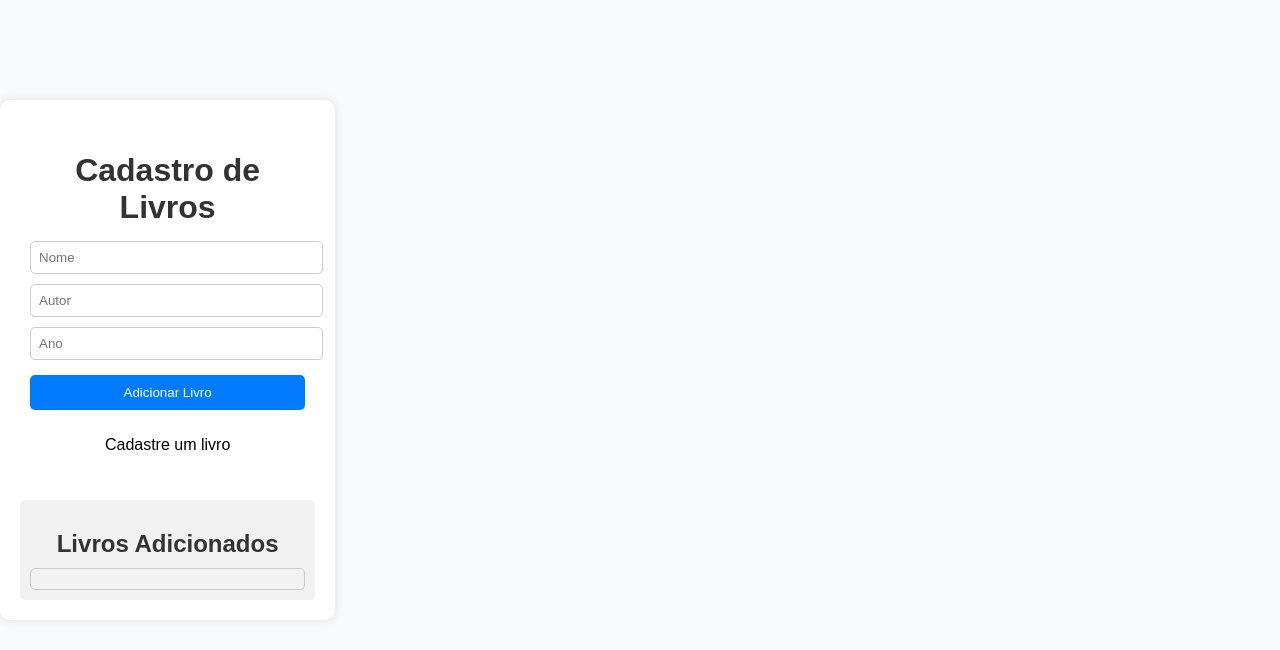
Repository: Matheus904-12/JS-BIN
Page: index.html
These files come from the project's save history. The page is drawn as it stood at one moment and after the next save; the edit follows.
The browser window is 1280 px wide. The pictures show the whole page.

Above is the page before, as saved 2023-08-23 11:18:06.
Console error: TypeError: Cannot read properties of null (reading 'addEventListener')

After the next save:
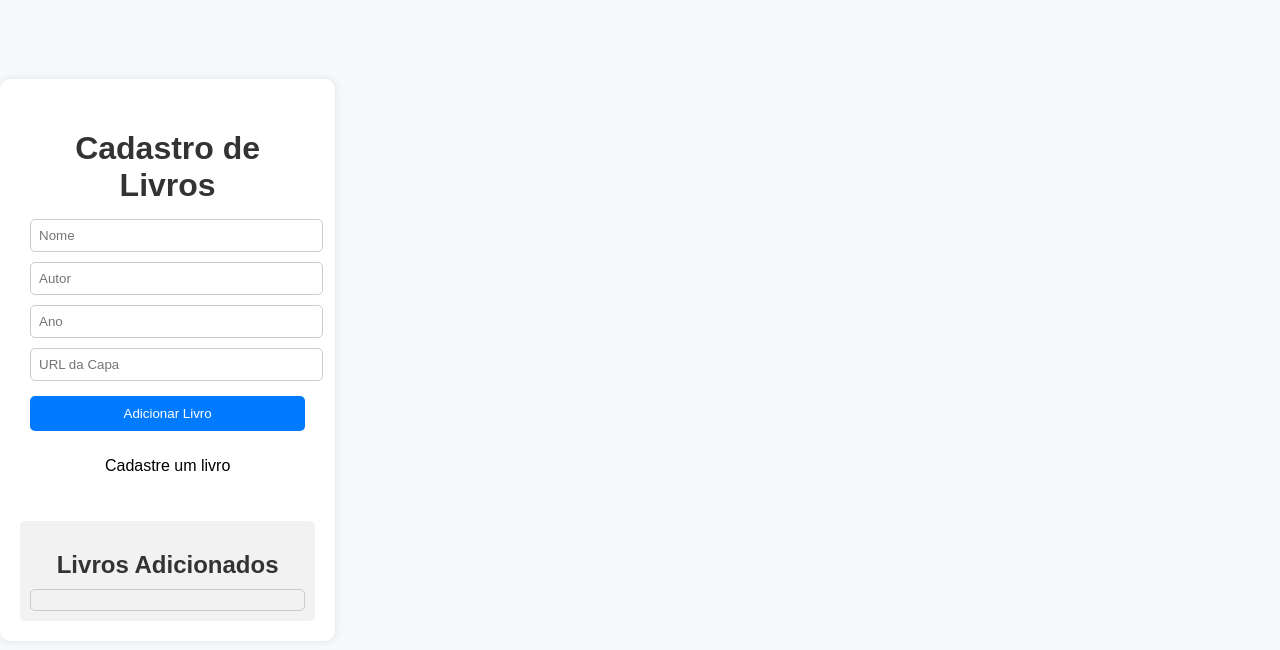
Saved 18 days later.
--- a/index.html
+++ b/index.html
@@ -1,11 +1,13 @@
 <!DOCTYPE html>
 <html lang="pt-br">
+
 <head>
     <meta charset="UTF-8">
     <meta name="viewport" content="width=device-width, initial-scale=1.0">
-    <title>Cadastro de Livros</title>
+    <title>Biblioteca de Livros</title>
     <link rel="stylesheet" href="style.css">
 </head>
+
 <body>
     <div class="container">
         <div class="cadastro-box">
@@ -13,6 +15,7 @@
             <input id="nomeLivro" placeholder="Nome" type="text">
             <input id="autorLivro" placeholder="Autor" type="text">
             <input id="anoLivro" placeholder="Ano" type="number">
+            <input id="capaLivro" placeholder="URL da Capa" type="text">
             <button onclick="adicionar();">Adicionar Livro</button>
             <p id="contadorLivros">Cadastre um livro</p>
         </div>
@@ -27,4 +30,5 @@
     </div>
     <script src="script.js"></script>
 </body>
+
 </html>
